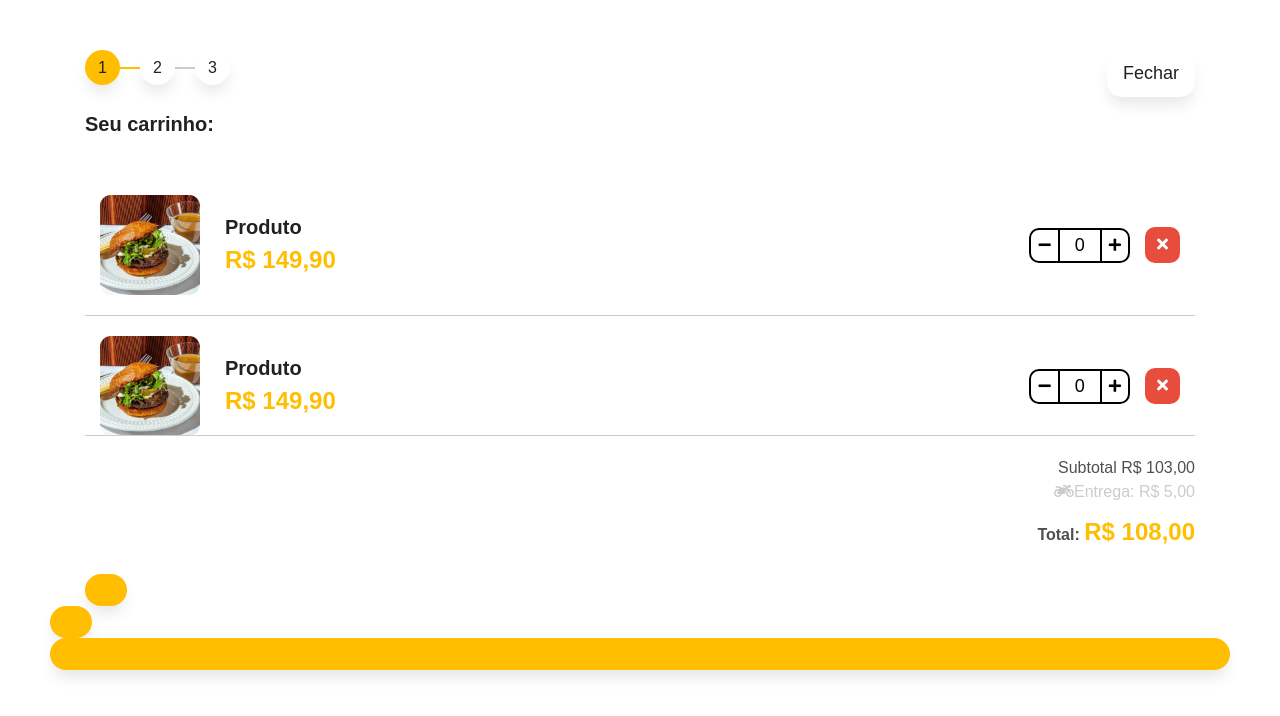
Repository: darkness318/restaraunt
Page: index.html
These files come from the project's save history. The page is drawn as it stood at one moment and after the next save; the edit follows.
The browser window is 1280 px wide. The pictures show the window.
A layer covers the whole window, so only the first screen is drawn.

Above is the page before, as saved 2024-10-01 10:20:53.

After the next save:
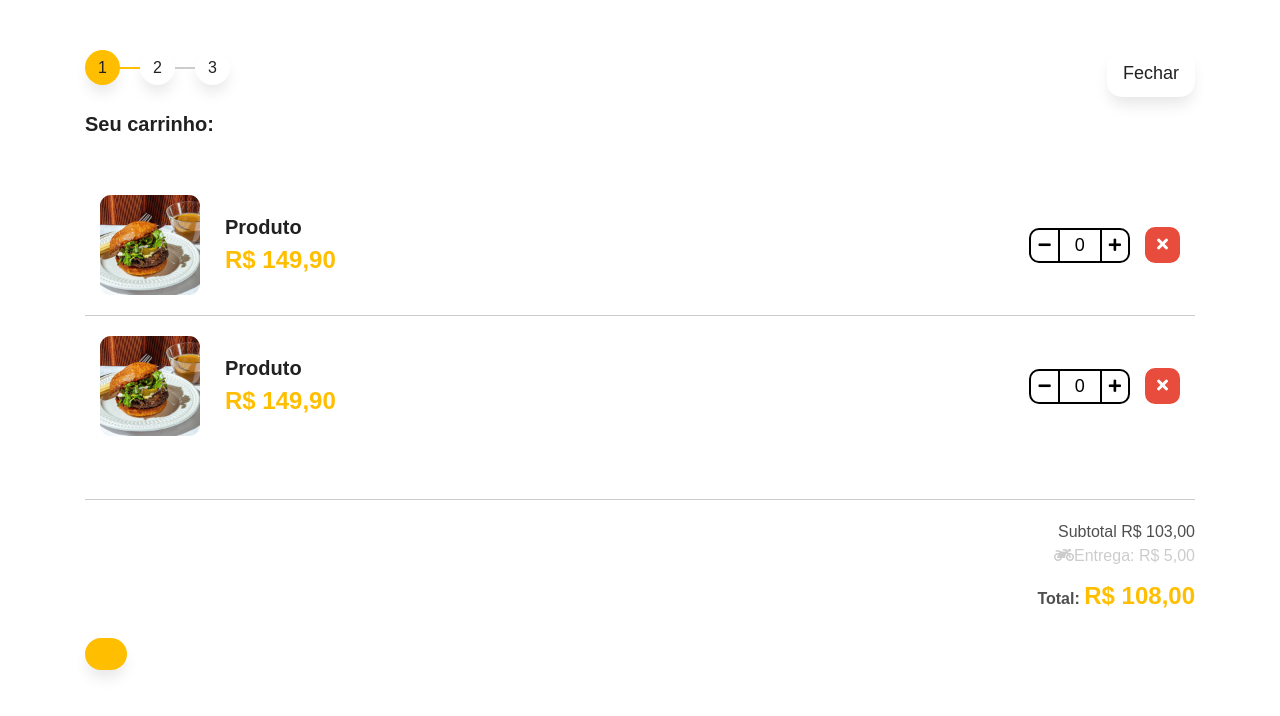
Console error: TypeError: Cannot read properties of undefined (reading 'fn')
Saved 5 s later.
--- a/index.html
+++ b/index.html
@@ -533,7 +533,7 @@
               <span class="valor-total" id="lblValorTotal"><b>R$ 108,00</b></span>
             </p>
           </div>
-          <a class="btn btn-yellow" </a>
+          <a class="btn btn-yellow </a>
         </div>
       </div>
     </div>

After the save that followed:
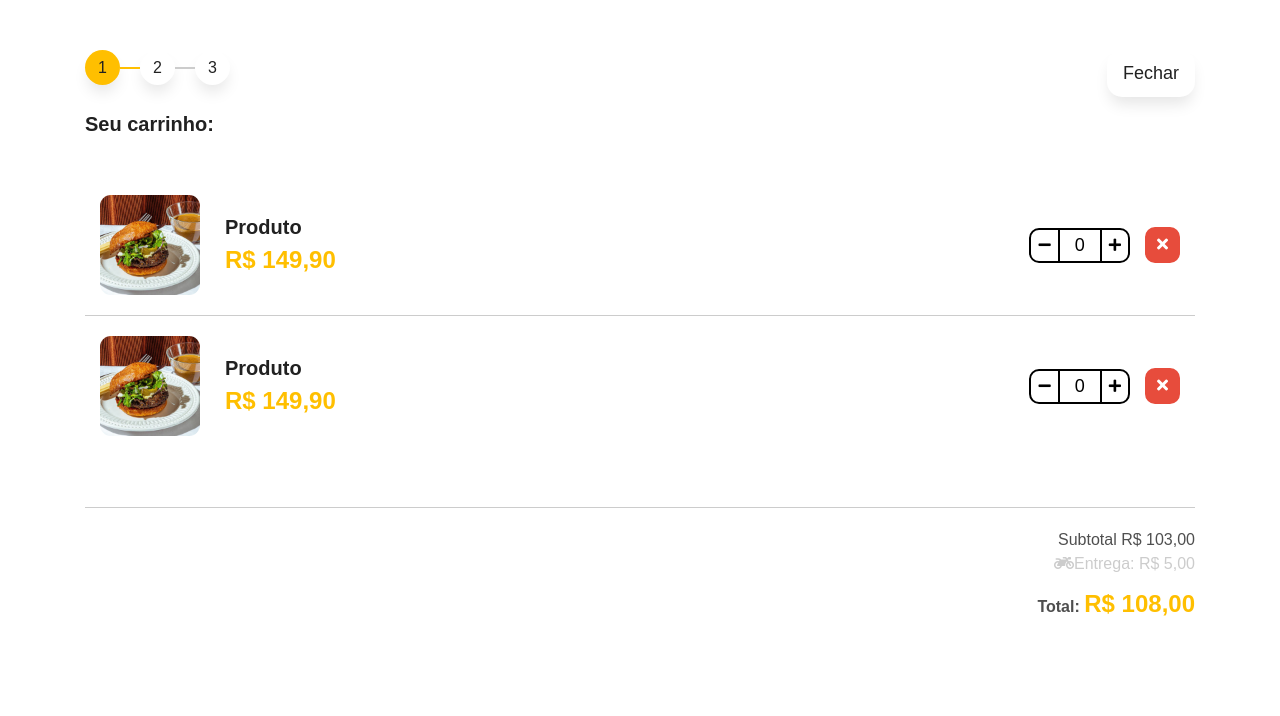
The error is gone.
Saved 4 s later.
--- a/index.html
+++ b/index.html
@@ -533,7 +533,7 @@
               <span class="valor-total" id="lblValorTotal"><b>R$ 108,00</b></span>
             </p>
           </div>
-          <a class="btn btn-yellow </a>
+          <a class="btn btn"></a>
         </div>
       </div>
     </div>
